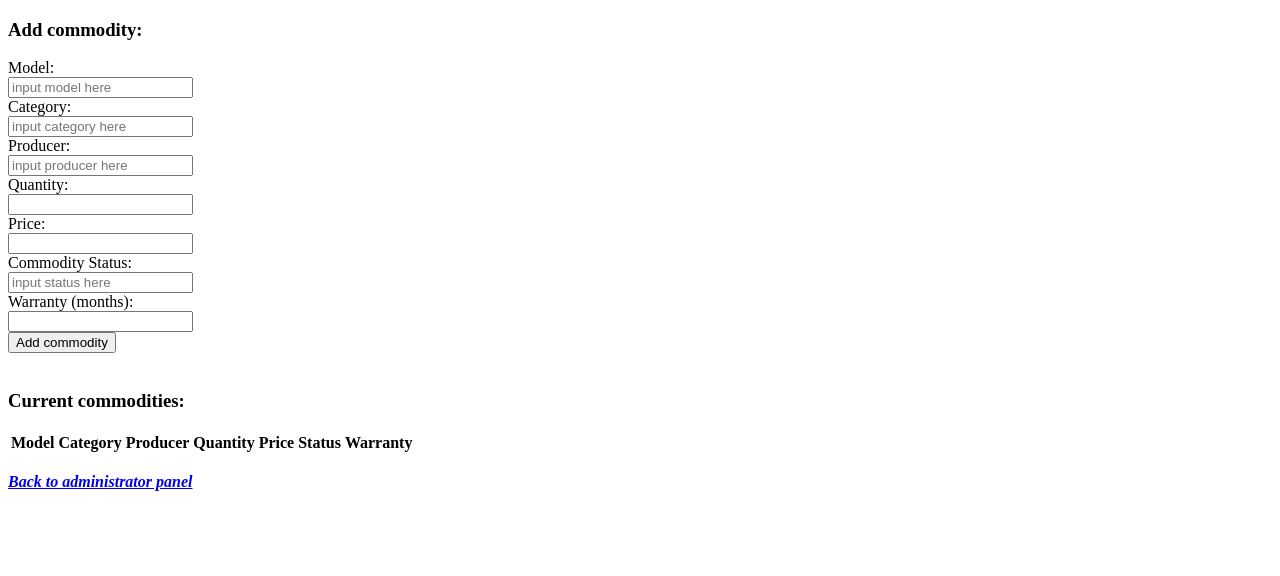
Repository: Zed180881/Zed_repo
Page: http://localhost/eShop/WEB-INF/views/adminPanel/adminCommodityOrder.jsp
An editor plug-in stored every save of this project. The page is shown before and after the next save, followed by the edit.
The browser window is 1280 px wide. The pictures show the whole page.
The page is served by Tomcat 9. Nobody is signed in. The template is opened directly, without the code that normally fills it, so the values that code supplies are empty.

Above is the page before, as saved 2016-08-05 11:20:25.

After the next save:
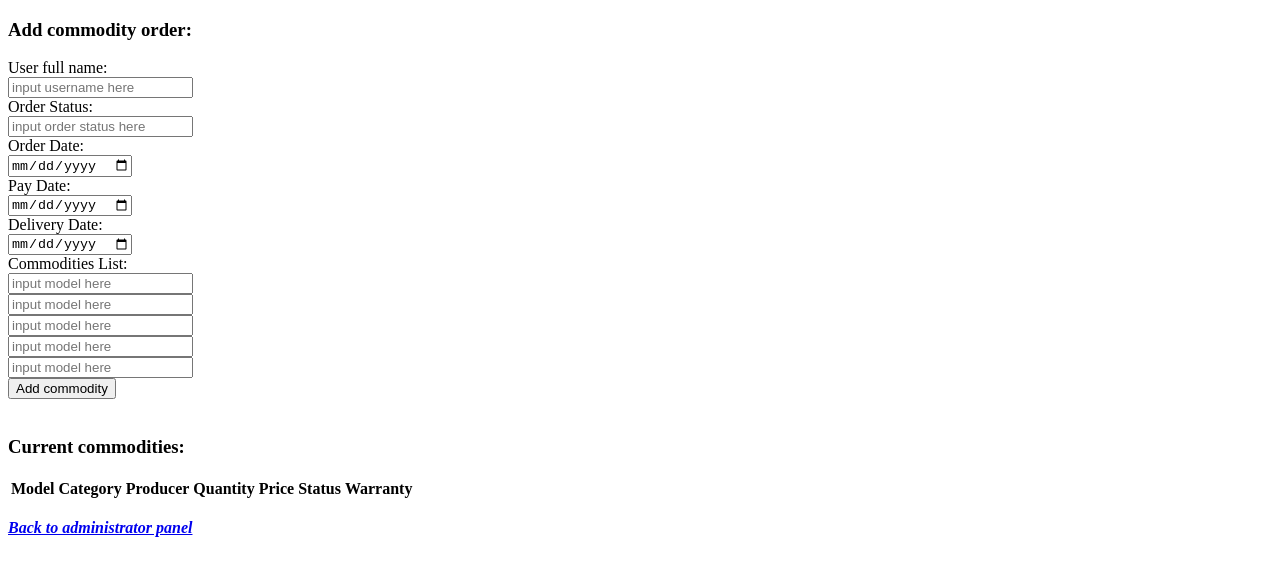
Saved 32 min 38 s later.
--- a/JavaProj/eShop/src/main/webapp/WEB-INF/views/adminPanel/adminCommodityOrder.jsp
+++ b/JavaProj/eShop/src/main/webapp/WEB-INF/views/adminPanel/adminCommodityOrder.jsp
@@ -5,25 +5,27 @@
 <html>
 <head>
 <meta charset="UTF-8">
-<title>Commodity Management</title>
+<title>Commodity Order Management</title>
 </head>
 <body>
-	<h3>Add commodity:</h3>
-	<form action="/admin/commodity" method="post">
-		<label for="model">Model:</label><br>
-		<input type="text" name="model" placeholder="input model here" required><br>
-		<label for="categoryName">Category:</label><br>
-		<input type="text" name="categoryName" placeholder="input category here" required><br>
-		<label for="producerName">Producer:</label><br>
-		<input type="text" name="producerName" placeholder="input producer here" required><br>
-		<label for="quantity">Quantity:</label><br>
-		<input type="number" name="quantity" min="1" step="1" required><br>
-		<label for="price">Price:</label><br>
-		<input type="number" name="price" min="0" step="0.01" required><br>
-		<label for="statusName">Commodity Status:</label><br>
-		<input type="text" name="statusName" placeholder="input status here" required><br>
-		<label for="warranty">Warranty (months):</label><br>
-		<input type="number" name="warranty" min="0" step="1" required><br>
+	<h3>Add commodity order:</h3>
+	<form action="/admin/order" method="post">
+		<label for="userName">User full name:</label><br>
+		<input type="text" name="userName" placeholder="input username here" required><br>
+		<label for="orderStatusName">Order Status:</label><br>
+		<input type="text" name="orderStatusName" placeholder="input order status here" required><br>
+		<label for="orderDate">Order Date:</label><br>
+		<input type="date" name="orderDate" required><br>
+		<label for="payDate">Pay Date:</label><br>
+		<input type="date" name="payDate"><br>
+		<label for="deliveryDate">Delivery Date:</label><br>
+		<input type="date" name="deliveryDate"><br>
+		<label for="commodityModel1">Commodities List:</label><br>
+		<input type="text" name="commodityModel1" placeholder="input model here" required><br>
+		<input type="text" name="commodityModel2" placeholder="input model here" required><br>
+		<input type="text" name="commodityModel3" placeholder="input model here" required><br>
+		<input type="text" name="commodityModel4" placeholder="input model here" required><br>
+		<input type="text" name="commodityModel5" placeholder="input model here" required><br>
 		<input type="submit" value="Add commodity">
 	</form><br>
 	<h3>Current commodities:</h3>
